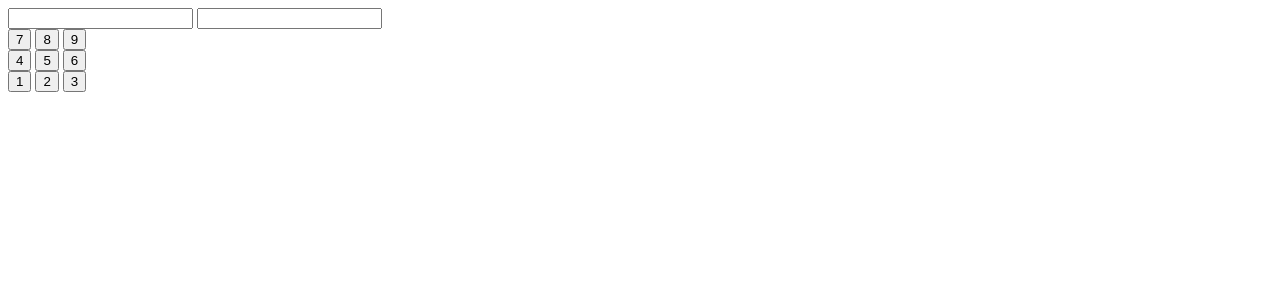
Repository: DNature/calc
Page: index.html
The author's editor kept a copy of each file at every save. The page is drawn from the files as they stood at one save, then again after the next save.
The browser window is 1280 px wide. The pictures show the whole page.

Above is the page before, as saved 2019-11-20 23:07:21.

### index.html
<!DOCTYPE html>
<html lang="en">
  <head>
    <meta charset="UTF-8" />
    <meta name="viewport" content="width=device-width, initial-scale=1.0" />
    <meta http-equiv="X-UA-Compatible" content="ie=edge" />
    <link rel="stylesheet" href="css/style.css" />
    <title>Calculator</title>
  </head>
  <body>
    <div class="calculator">
      <div class="output">
        <input type="number" id="subField" />
        <input type="number" id="mainField" />
      </div>

      <div class="inputs">
        <div class="row">
          <button id="" class="numbers">7</button>
          <button id="" class="numbers">8</button>
          <button id="" class="numbers">9</button>
        </div>
        <div class="row">
          <button id="" class="numbers">4</button>
          <button id="" class="numbers">5</button>
          <button id="" class="numbers">6</button>
        </div>
        <div class="row">
          <button id="" class="numbers">1</button>
          <button id="" class="numbers">2</button>
          <button id="" class="numbers">3</button>
        </div>
      </div>
    </div>
    <script src="./js/index.js"></script>
  </body>
</html>

Loaded but not shown: css/style.css (no stored copy; drawn as an empty file); js/index.js (no stored copy; drawn as an empty file)

After the next save:
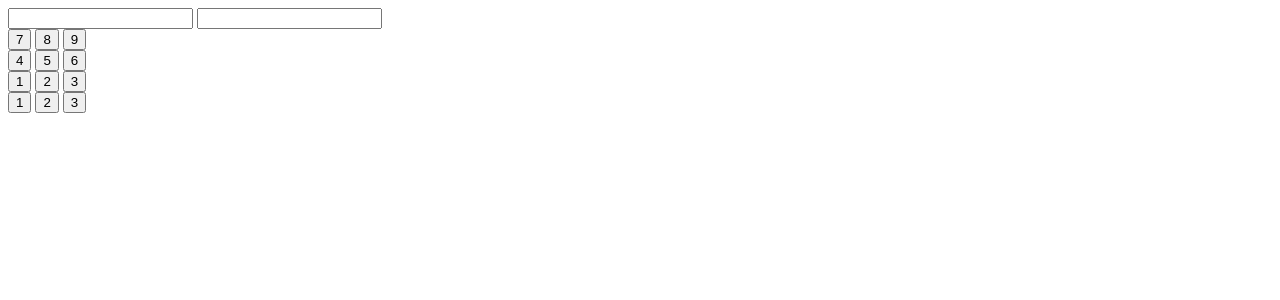
Saved 25 s later.
--- a/index.html
+++ b/index.html
@@ -30,6 +30,11 @@
           <button id="" class="numbers">2</button>
           <button id="" class="numbers">3</button>
         </div>
+        <div class="row">
+          <button id="" class="numbers">1</button>
+          <button id="" class="numbers">2</button>
+          <button id="" class="numbers">3</button>
+        </div>
       </div>
     </div>
     <script src="./js/index.js"></script>
